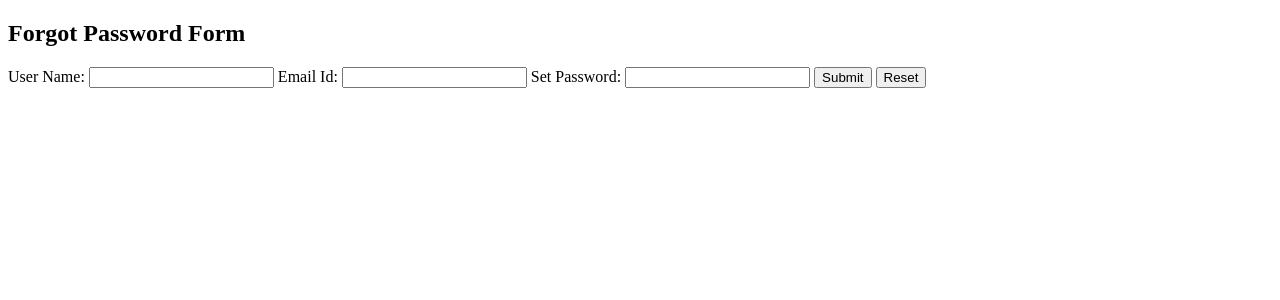
Repository: EU1182053/test
Page: http://localhost/MiniProject/forgotPassword.jsp
These files come from the project's save history. The page is drawn as it stood at one moment and after the next save; the edit follows.
The browser window is 1280 px wide. The pictures show the whole page.
The page is served by Tomcat 9.

Above is the page before, as saved 2022-09-14 08:02:46.

After the next save:
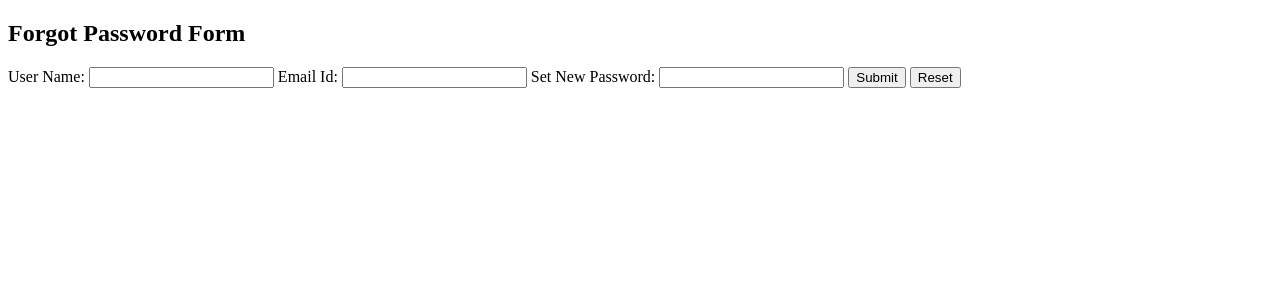
Saved 32 s later.
--- a/MiniProject/src/main/webapp/forgotPassword.jsp
+++ b/MiniProject/src/main/webapp/forgotPassword.jsp
@@ -21,7 +21,7 @@
             <input type="text" name="email"  required>
 
 
-            <label for="pass">Set Password: </label>
+            <label for="pass">Set New Password: </label>
             <input type="text" name="newPassword" id="pass" pattern="(?=.*?[A-Z])(?=.*?[a-z])(?=.*?[0-9])(?=.*?[#?!@$%^&*-]).{8,}">
 
             <input type="submit" value="Submit">
